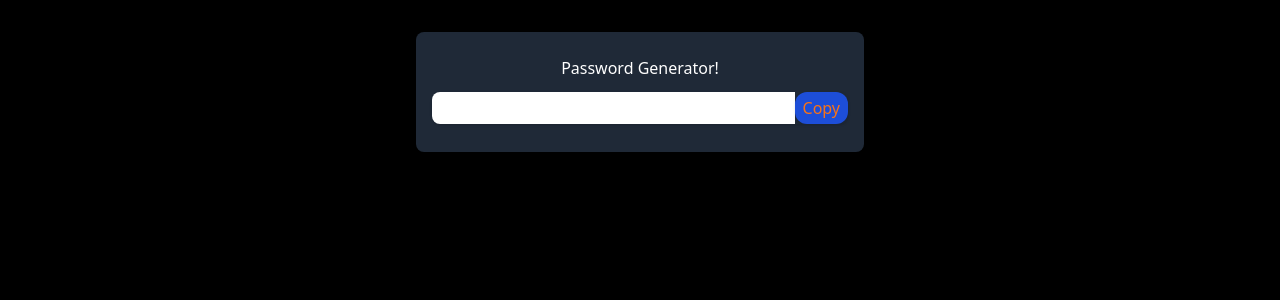
Repository: tirth2014/chai-aur-react
Page: / (app in 05_password-generator/)
These files come from the project's save history. The page is drawn as it stood at one moment and after the next save; the edit follows.
The browser window is 1280 px wide. The pictures show the whole page.
The project was rebuilt for these pictures with package versions that can differ from the ones it lists, and the page was loaded fresh each time. Also part of the build but not shown: 05_password-generator/vite.config.js.

Above is the page before, as saved 2023-10-07 16:45:33.

### 05_password-generator/src/App.jsx
import { useState } from 'react'

function App() {

  const [password, setPassword] = useState('');
  const [length, setLength] = useState(6);
  const [isNum, setIsNum] = useState(false);
  const [isSpecialChar, setisSpecialChar] = useState(false);



  return (
    <>
    <div className="w-full max-w-md mx-auto shadow-md rounded-lg px-4 py-3 my-8 bg-gray-800 text-orange-500">
        <h1 className='text-white text-center my-3'>Password Generator!</h1>
        <div className='flex shadow rounded-lg overflow-hidden mb-4'>
          <input
          type="text"
          value={password}
          className='outline-none w-full py-1 px-3'
          />
                  <button className='shadow bg-blue-700 rounded-xl px-2 py-1'>Copy</button>

        </div>
      </div>
    </>
  )
}

export default App

Loaded but not shown: 05_password-generator/index.html (common file); 05_password-generator/src/main.jsx (common file); 05_password-generator/src/index.css (common file); 05_password-generator/tailwind.config.js (common file)

After the next save:
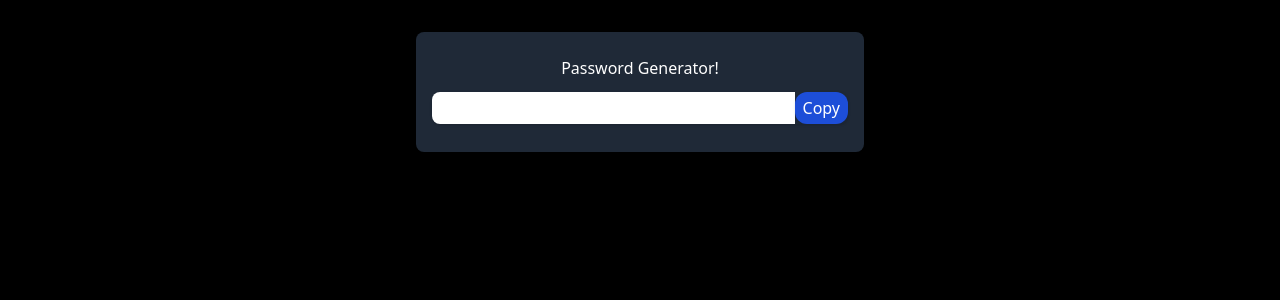
Saved 4 s later.
--- a/05_password-generator/src/App.jsx
+++ b/05_password-generator/src/App.jsx
@@ -19,7 +19,7 @@ function App() {
           value={password}
           className='outline-none w-full py-1 px-3'
           />
-                  <button className='shadow bg-blue-700 rounded-xl px-2 py-1'>Copy</button>
+                  <button className='shadow bg-blue-700 text-white rounded-xl px-2 py-1'>Copy</button>
 
         </div>
       </div>
